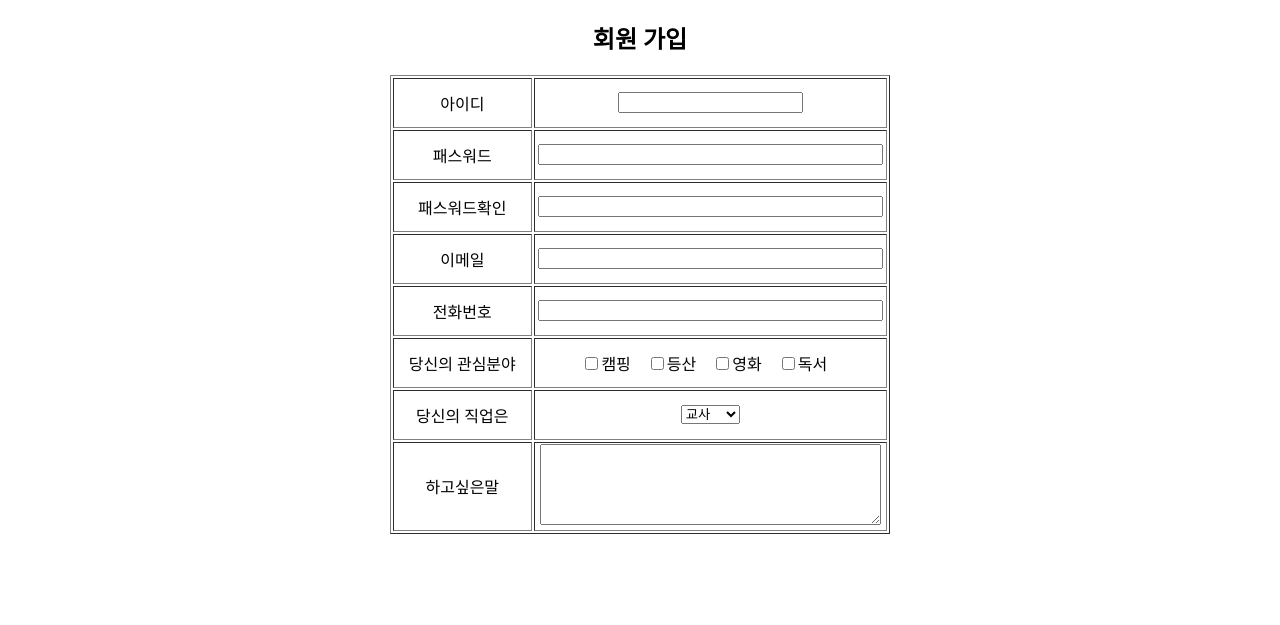
Repository: kdw1437/CreateBoardProject
Page: http://localhost/JSP2/RequestJoin.jsp
These files come from the project's save history. The page is drawn as it stood at one moment and after the next save; the edit follows.
The browser window is 1280 px wide. The pictures show the whole page.
The page is served by Tomcat 9.

Above is the page before, as saved 2024-08-05 09:28:07.

After the next save:
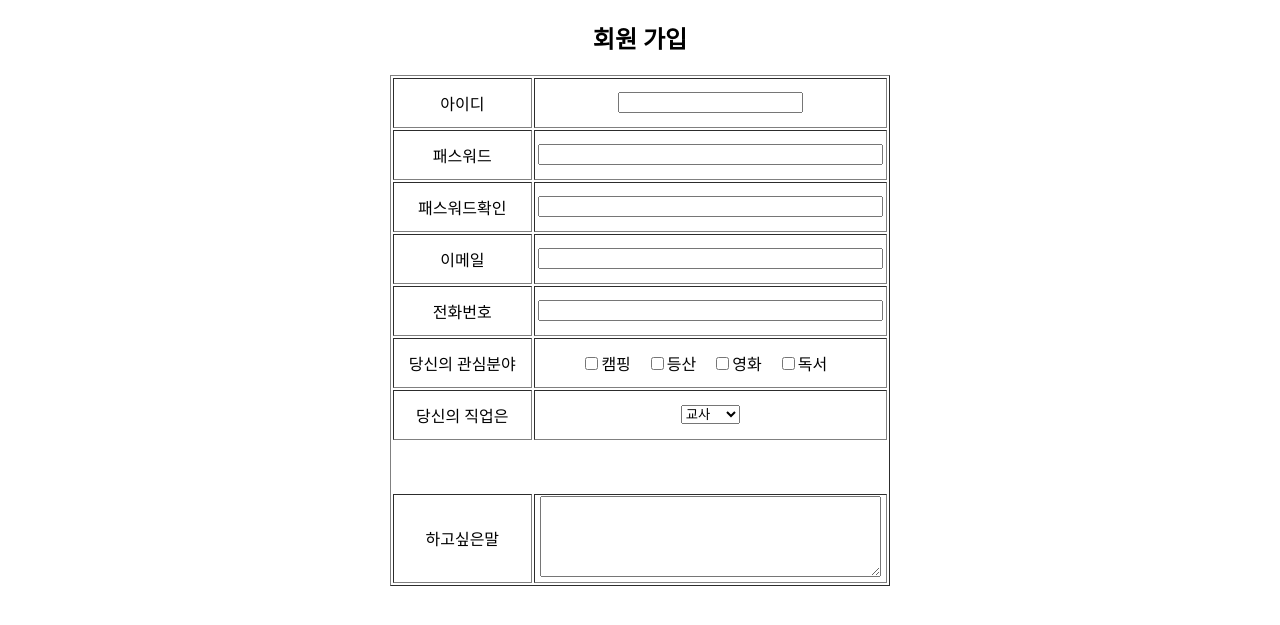
Saved 5 min 24 s later.
--- a/JSP2/src/main/webapp/RequestJoin.jsp
+++ b/JSP2/src/main/webapp/RequestJoin.jsp
@@ -50,6 +50,7 @@
 		</select>
 		</td>
 	</tr>
+	<tr height="50">
 	<tr height ="50">
 		<td width="150" align="center"> 하고싶은말 </td>
 		<td width="350" align="center">
